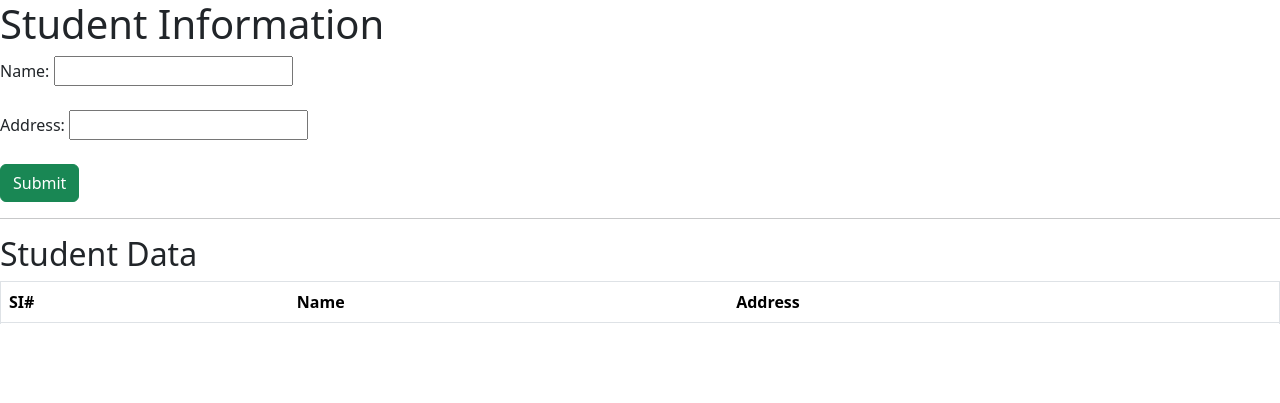
Repository: Rose-gitungo/LearningSpring
Page: Controller & RestController/Assessement07/src/main/resources/static/index.html
These files come from the project's save history. The page is drawn as it stood at one moment and after the next save; the edit follows.
The browser window is 1280 px wide. The pictures show the whole page.

Above is the page before, as saved 2024-06-07 13:17:32.

After the next save:
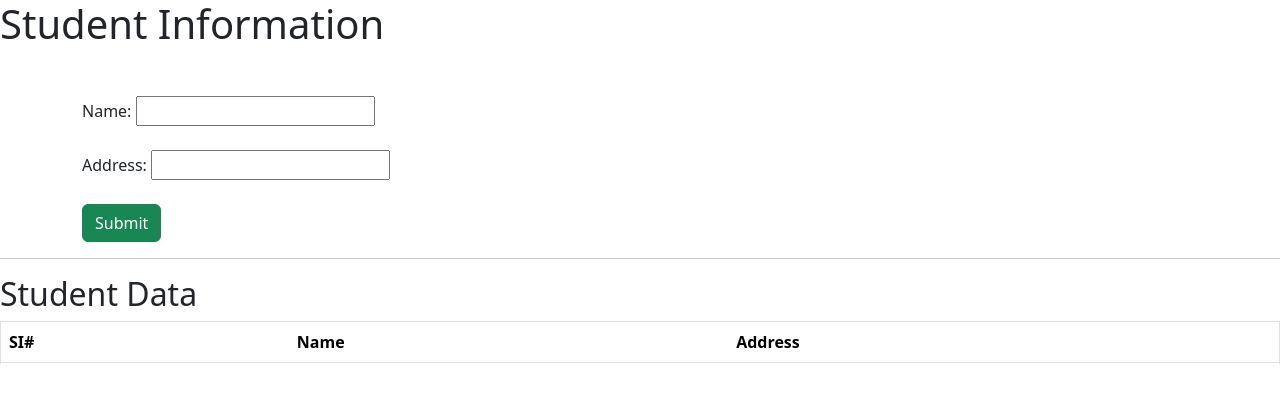
Saved 55 s later.
--- a/Controller & RestController/Assessement07/src/main/resources/static/index.html
+++ b/Controller & RestController/Assessement07/src/main/resources/static/index.html
@@ -6,8 +6,8 @@
 </head>
 <body>
 <h1>Student Information</h1>
-
-    <form id="studentForm">
+<div class="container mt-5">
+	 <form id="studentForm">
         <label for="name">Name:</label>
         <input type="text" id="name" name="name" required><br><br>
 
@@ -16,6 +16,8 @@
 
         <button type="submit" class="btn btn-success">Submit</button>
     </form>
+</div>
+
 
     <hr>
 
